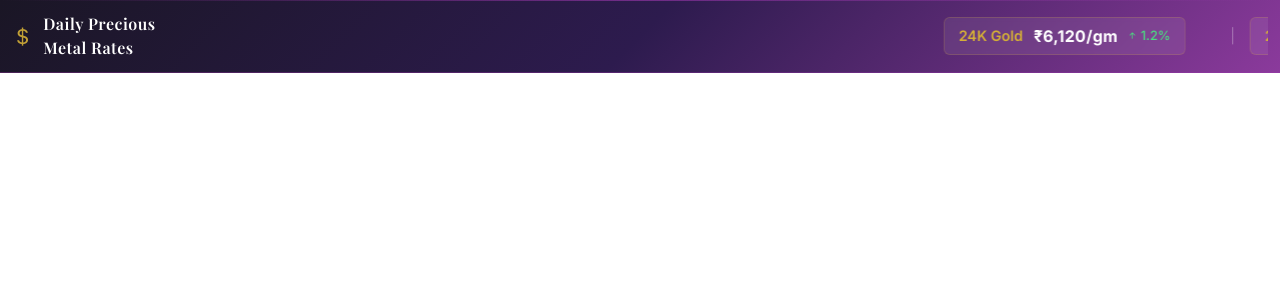
Repository: Vaishnavi323/SonaChandi
Page: http://localhost/sonachandi/application/views/demo.php
These files come from the project's save history. The page is drawn as it stood at one moment and after the next save; the edit follows.
The browser window is 1280 px wide. The pictures show the whole page.
The page is run by PHP 8.4 with error messages shown; the project is at /var/www/html/.

Above is the page before, as saved 2025-06-12 12:34:23.

### application/views/demo.php
<!DOCTYPE html>
<html lang="en">

<head>
    <meta charset="UTF-8">
    <meta name="viewport" content="width=device-width, initial-scale=1.0">
    <title>Professional Gold Rates Display</title>
    <link href="https://cdnjs.cloudflare.com/ajax/libs/bootstrap/5.3.0/css/bootstrap.min.css" rel="stylesheet">
    <link href="https://cdnjs.cloudflare.com/ajax/libs/bootstrap-icons/1.10.0/font/bootstrap-icons.min.css" rel="stylesheet">
    <style>
        @import url('https://fonts.googleapis.com/css2?family=Inter:wght@300;400;500;600;700&family=Playfair+Display:wght@400;600&display=swap');

        .gold-rates-bar {
            background: linear-gradient(135deg, #1a1625 0%, #2d1b4e 50%, #8b3a9c 100%);
            border-bottom: 1px solid rgba(181, 63, 194, 0.3);
            position: relative;
            overflow: hidden;
        }

        .gold-rates-bar::before {
            content: '';
            position: absolute;
            top: 0;
            left: 0;
            right: 0;
            height: 1px;
            background: linear-gradient(90deg, transparent, rgba(181, 63, 194, 0.5), transparent);
        }

        .rates-header {
            font-family: 'Playfair Display', serif;
            font-weight: 600;
            color: #ffffff;
            display: flex;
            align-items: center;
            gap: 10px;
            padding: 12px 0;
            letter-spacing: 0.5px;
        }

        .header-icon {
            color: #d4af37;
            font-size: 1.3rem;
            opacity: 0.9;
        }

        .scroll-wrapper {
            overflow: hidden;
            position: relative;
            flex-grow: 1;
            height: 48px;
            display: flex;
            align-items: center;
        }

        .rates-ticker {
            font-family: 'Inter', sans-serif;
            font-weight: 500;
            color: #ffffff;
            white-space: nowrap;
            animation: smoothScroll 20s linear infinite;
            display: flex;
            align-items: center;
            font-size: 0.9rem;
        }

        @keyframes smoothScroll {
            0% {
                transform: translateX(100%);
            }

            100% {
                transform: translateX(-100%);
            }
        }

        .rate-segment {
            display: inline-flex;
            align-items: center;
            margin-right: 30px;
            padding: 6px 14px;
            background: rgba(255, 255, 255, 0.08);
            border: 1px solid rgba(212, 175, 55, 0.2);
            border-radius: 6px;
            transition: all 0.3s ease;
            backdrop-filter: blur(2px);
        }

        .rate-segment:hover {
            background: rgba(255, 255, 255, 0.12);
            border-color: rgba(212, 175, 55, 0.4);
            transform: translateY(-1px);
        }

        .metal-name {
            font-weight: 600;
            color: #d4af37;
            margin-right: 10px;
            font-size: 0.9rem;
            min-width: 65px;
            text-align: left;
        }

        .metal-price {
            font-family: 'Inter', sans-serif;
            font-weight: 700;
            font-size: 1rem;
            color: #ffffff;
            letter-spacing: 0.3px;
        }

        .price-change {
            margin-left: 8px;
            font-size: 0.8rem;
            font-weight: 500;
            display: inline-flex;
            align-items: center;
            gap: 2px;
        }

        .change-up {
            color: #4ade80;
        }

        .change-down {
            color: #f87171;
        }

        .change-neutral {
            color: #94a3b8;
        }

        .update-info {
            background: rgba(255, 255, 255, 0.1);
            color: rgba(255, 255, 255, 0.9);
            padding: 6px 12px;
            border-radius: 20px;
            font-size: 0.8rem;
            font-weight: 500;
            border: 1px solid rgba(255, 255, 255, 0.15);
            margin-left: 25px;
            display: inline-flex;
            align-items: center;
            gap: 5px;
        }

        .live-indicator {
            width: 6px;
            height: 6px;
            background: #4ade80;
            border-radius: 50%;
            animation: subtlePulse 2s ease-in-out infinite;
        }

        @keyframes subtlePulse {

            0%,
            100% {
                opacity: 1;
            }

            50% {
                opacity: 0.6;
            }
        }

        .separator {
            color: rgba(255, 255, 255, 0.4);
            margin: 0 15px;
            font-weight: 300;
        }

        /* Mobile Responsiveness */
        @media (max-width: 768px) {
            .rates-header {
                font-size: 0.9rem;
                padding: 10px 0;
            }

            .header-icon {
                font-size: 1.1rem;
            }

            .rate-segment {
                margin-right: 30px;
                padding: 6px 14px;
            }

            .metal-name {
                font-size: 0.85rem;
                min-width: 55px;
            }

            .metal-price {
                font-size: 0.9rem;
            }

            .update-info {
                font-size: 0.8rem;
                padding: 5px 10px;
                margin-left: 25px;
            }
        }

        @media (max-width: 576px) {
            .gold-rates-bar {
                padding: 8px;
            }

            .rates-header {
                font-size: 0.85rem;
                flex-direction: column;
                align-items: flex-start;
                gap: 6px;
                padding: 8px 0;
            }

            .scroll-wrapper {
                height: 42px;
            }

            .rates-ticker {
                font-size: 0.85rem;
                animation-duration: 35s;
            }

            .rate-segment {
                margin-right: 25px;
                padding: 5px 12px;
            }

            .metal-name {
                font-size: 0.8rem;
                min-width: 50px;
            }

            .metal-price {
                font-size: 0.85rem;
            }

            .price-change {
                font-size: 0.75rem;
            }

            .separator {
                margin: 0 10px;
            }
        }

        /* Accessibility */
        @media (prefers-reduced-motion: reduce) {
            .rates-ticker {
                animation-duration: 60s;
            }

            .live-indicator {
                animation: none;
            }
        }

        @media (prefers-contrast: high) {
            .gold-rates-bar {
                background: #1a1625;
                border-bottom: 2px solid #b53fc2;
            }

            .rate-segment {
                background: rgba(255, 255, 255, 0.15);
                border: 2px solid rgba(212, 175, 55, 0.5);
            }
        }
    </style>
</head>

<body>
    <div class="gold-rates-bar">
        <div class="container-fluid d-flex align-items-center">
            <div class="rates-header">
                <i class="bi bi-currency-dollar header-icon"></i>
                <span>Daily Precious Metal Rates</span>
            </div>

            <div class="scroll-wrapper">
                <div class="rates-ticker">
                    <div class="rate-segment">
                        <span class="metal-name">24K Gold</span>
                        <span class="metal-price">₹6,120/gm</span>
                        <span class="price-change change-up">
                            <i class="bi bi-arrow-up-short"></i>1.2%
                        </span>
                    </div>

                    <span class="separator">|</span>

                    <div class="rate-segment">
                        <span class="metal-name">22K Gold</span>
                        <span class="metal-price">₹5,610/gm</span>
                        <span class="price-change change-up">
                            <i class="bi bi-arrow-up-short"></i>0.8%
                        </span>
                    </div>

                    <span class="separator">|</span>

                    <div class="rate-segment">
                        <span class="metal-name">18K Gold</span>
                        <span class="metal-price">₹4,590/gm</span>
                        <span class="price-change change-down">
                            <i class="bi bi-arrow-down-short"></i>0.3%
                        </span>
                    </div>

                    <span class="separator">|</span>

                    <div class="rate-segment">
                        <span class="metal-name">Silver</span>
                        <span class="metal-price">₹75.50/gm</span>
                        <span class="price-change change-up">
                            <i class="bi bi-arrow-up-short"></i>2.1%
                        </span>
                    </div>

                    <span class="separator">|</span>

                    <div class="update-info">
                        <div class="live-indicator"></div>
                        <i class="bi bi-clock"></i>
                        Updated: 12 June 2025, 15:45 IST
                    </div>
                </div>
            </div>
        </div>
    </div>
</body>

</html>

After the next save:
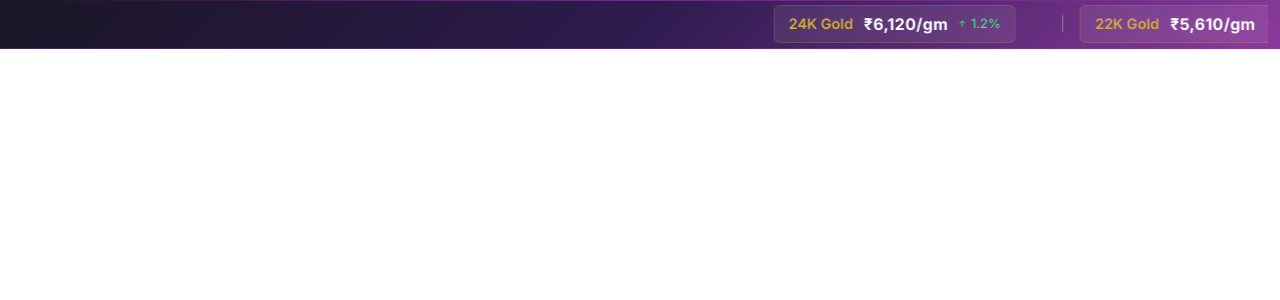
Saved 25 s later.
--- a/application/views/demo.php
+++ b/application/views/demo.php
@@ -275,10 +275,7 @@
 <body>
     <div class="gold-rates-bar">
         <div class="container-fluid d-flex align-items-center">
-            <div class="rates-header">
-                <i class="bi bi-currency-dollar header-icon"></i>
-                <span>Daily Precious Metal Rates</span>
-            </div>
+
 
             <div class="scroll-wrapper">
                 <div class="rates-ticker">
